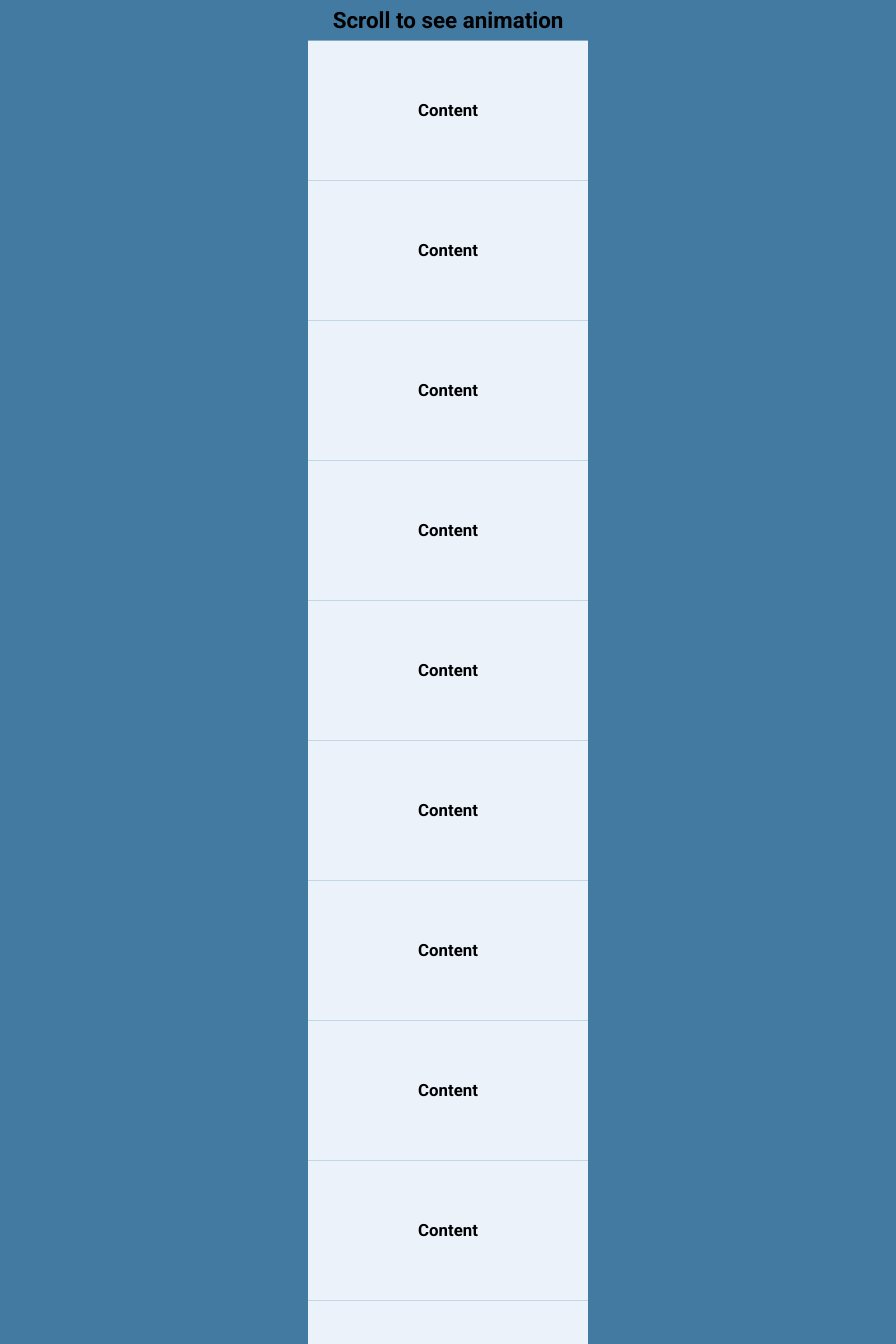
Repository: thecoachanna/scroll-animation
Page: index.html
These files come from the project's save history. The page is drawn as it stood at one moment and after a run of saves; the edit follows.
The browser window is 1280 px wide. The pictures show the part of the page from y = 0 to 1920 px (the page is 2658 px tall before and 2918 px after), at 70% of full size.
Some web fonts or font styles are not loaded; a fallback is used.

Above is the page before, as saved 2023-02-20 12:48:52.

### index.html
<!DOCTYPE html>
<html lang="en">
<head>
    <meta charset="UTF-8">
    <meta http-equiv="X-UA-Compatible" content="IE=edge">
    <meta name="viewport" content="width=device-width, initial-scale=1.0">
    <link rel="stylesheet" href="style.css">
    <title>Scroll Animation</title>
</head>
<body>
    <h1>Scroll to see animation</h1>
    <div class="box"><h2>Content</h2></div>
    <div class="box"><h2>Content</h2></div>
    <div class="box"><h2>Content</h2></div>
    <div class="box"><h2>Content</h2></div>
    <div class="box"><h2>Content</h2></div>
    <div class="box"><h2>Content</h2></div>
    <div class="box"><h2>Content</h2></div>
    <div class="box"><h2>Content</h2></div>
    <div class="box"><h2>Content</h2></div>
    <div class="box"><h2>Content</h2></div>
    <div class="box"><h2>Content</h2></div>
    <div class="box"><h2>Content</h2></div>
    <div class="box"><h2>Content</h2></div>
    <script src="script.js"></script>
</body>
</html>

### style.css
@import url('https://fonts.googleapis.com/css2?family=Inter:wght@400;600;700&family=Lato:wght@100&family=Oswald:wght@700&family=Outfit&family=Poiret+One&family=Roboto:wght@400;700&display=swap');


* {
    box-sizing: border-box;
}

body {
    background-color: #427AA1;
    font-family: 'Roboto', sans-serif;
    display: flex;
    flex-direction: column;
    align-items: center;
    justify-content: center;
    margin: 0;
}

h1 {
    margin: 10px;
}

.box {
    background-color: #EBF2FA;
    color: charcoal;
    display: flex;
    align-items: center;
    justify-content: center;
    width: 400px;
    height: 200px;

}

Loaded but not shown: script.js (no copy from this time; the picture is the same without it)

After the next 5 saves:
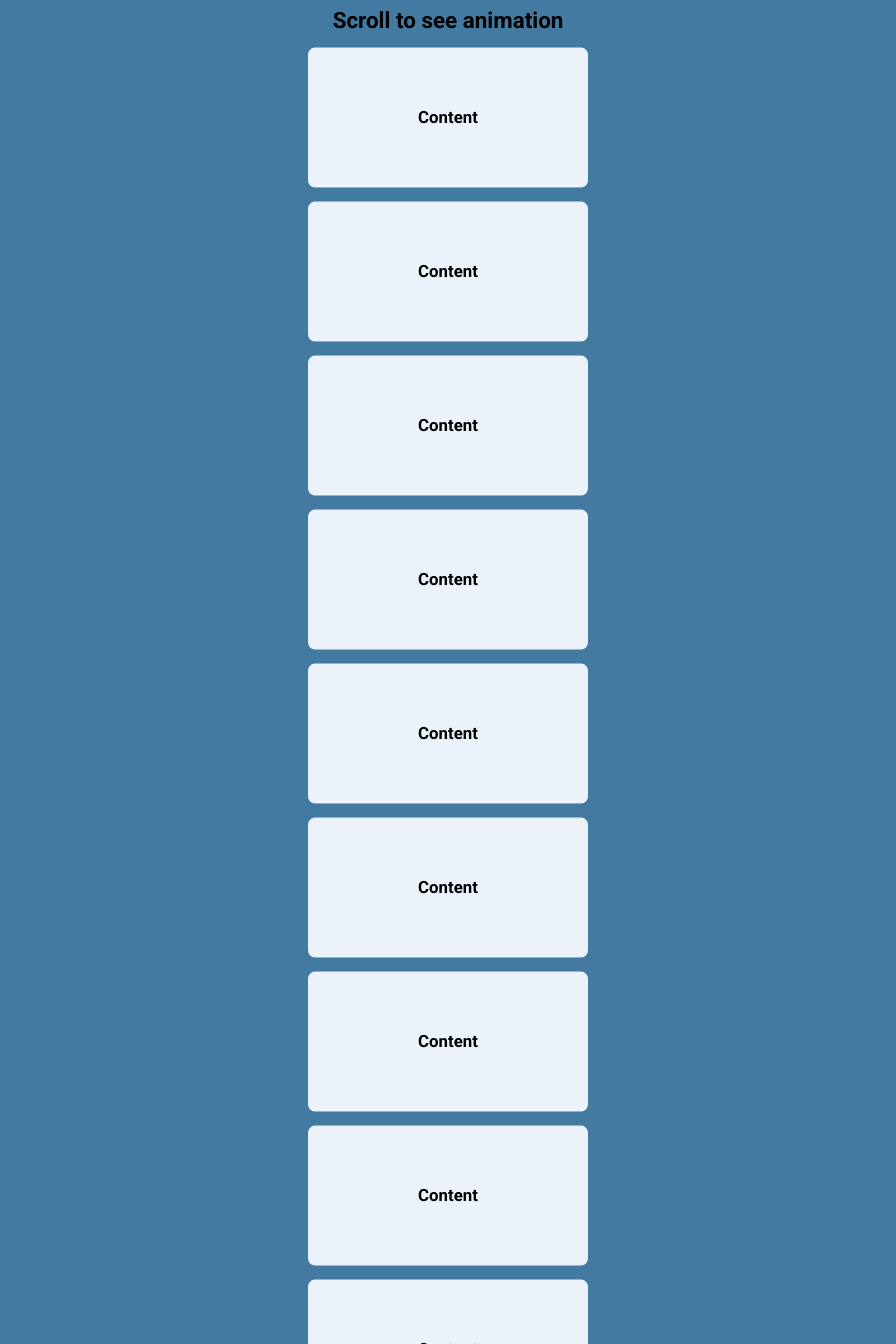
The 5 saves are shown as one change because they came seconds apart.
The last was saved 13 s later.
--- a/style.css
+++ b/style.css
@@ -27,5 +27,6 @@ h1 {
     justify-content: center;
     width: 400px;
     height: 200px;
-
+    margin: 10px;
+    border-radius: 10px;
 }
